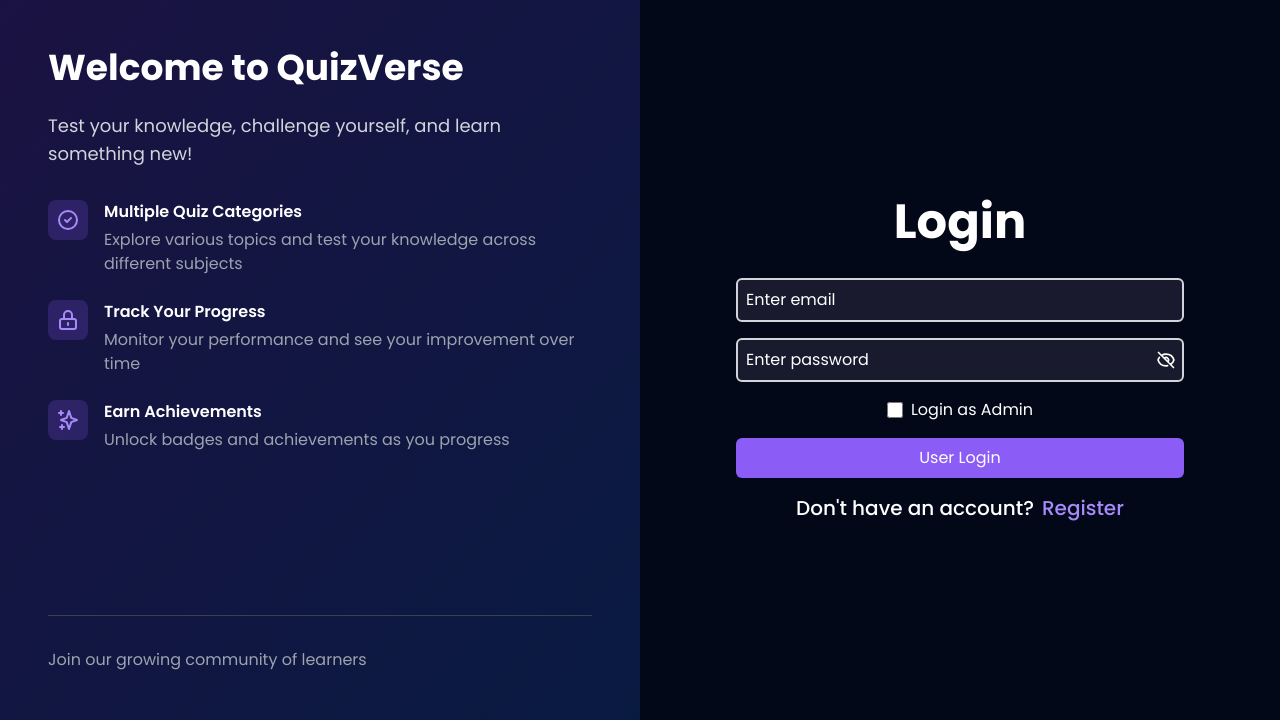
Repository: bdhanush-pxl/QuizVerse-InterviewPrep-MERN-stack-
Page: / (app in Quiz/)
An editor plug-in stored every save of this project. The page is shown before and after the next save, followed by the edit.
The browser window is 1280 px wide. The pictures show the whole page.
The project was rebuilt for these pictures with package versions that can differ from the ones it lists, and the page was loaded fresh each time. Also part of the build but not shown: Quiz/vite.config.js, Quiz/src/components/BlurText.jsx, Quiz/src/pages/Register.jsx, Quiz/src/pages/Discussion/Discussion.jsx, Quiz/src/pages/QuizSection.jsx, Quiz/src/pages/AdminDashboard.jsx, Quiz/src/services/quizService.js, Quiz/src/pages/UserProfile.jsx and 12 more.

Above is the page before, as saved 2025-02-19 15:51:36.

### Quiz/index.html
<!doctype html>
<html lang="en">
  <head>
    <meta charset="UTF-8" />
    <link rel="icon" type="image/svg+xml" href="/vite.svg" />
    <meta name="viewport" content="width=device-width, initial-scale=1.0" />
    <link href="https://fonts.googleapis.com/css2?family=Poppins:wght@300;400;500;600;700&display=swap" rel="stylesheet">
    <title>QuizVerse</title>
  </head>
  <body>
    <div id="root"></div>
    <script type="module" src="/src/main.jsx"></script>
  </body>
</html>

### Quiz/src/App.jsx
import { BrowserRouter as Router, Routes, Route } from 'react-router-dom'
import { ToastContainer } from 'react-toastify'
import 'react-toastify/dist/ReactToastify.css'
import Register from './pages/Register'
import Login from './pages/Login'
import QuizSection from './pages/QuizSection'
import AdminDashboard from './pages/AdminDashboard'
import UserProfile from './pages/UserProfile'
import AdminRegister from './pages/AdminRegister'
import QuizResult from './pages/QuizResult'
import DBMSQuiz from './pages/quizzes/DBMSQuiz'
import OSQuiz from './pages/quizzes/OSQuiz'
import FrontendQuiz from './pages/quizzes/FrontendQuiz'
import BackendQuiz from './pages/quizzes/BackendQuiz'
import ReactQuiz from './pages/quizzes/ReactQuiz'
import NextJSQuiz from './pages/quizzes/NextJSQuiz'
import DataAnalyticsQuiz from './pages/quizzes/DataAnalyticsQuiz'
import DataScienceQuiz from './pages/quizzes/DataScienceQuiz'
import SystemDesignQuiz from './pages/quizzes/SystemDesignQuiz'

function App() {
  return (
    <Router>
      <Routes>
        <Route path="/" element={<Login />} />
        <Route path="/register" element={<Register />} />
        <Route path="/login" element={<Login />} />
        <Route path="/quiz" element={<QuizSection />} />
        <Route path="/admin-dashboard" element={<AdminDashboard />} />
        <Route path="/profile" element={<UserProfile />} />
        <Route path="/register-admin" element={<AdminRegister />} />
        <Route path="/quiz-result" element={<QuizResult />} />
        <Route path="/quiz/dbms" element={<DBMSQuiz />} />
        <Route path="/quiz/os" element={<OSQuiz />} />
        <Route path="/quiz/frontend" element={<FrontendQuiz />} />
        <Route path="/quiz/backend" element={<BackendQuiz />} />
        <Route path="/quiz/react" element={<ReactQuiz />} />
        <Route path="/quiz/nextjs" element={<NextJSQuiz />} />
        <Route path="/quiz/data-analytics" element={<DataAnalyticsQuiz />} />
        <Route path="/quiz/data-science" element={<DataScienceQuiz />} />
        <Route path="/quiz/system-design" element={<SystemDesignQuiz />} />
      </Routes>
      <ToastContainer />
    </Router>
  )
}

export default App

### Quiz/src/index.css
@import url('https://fonts.googleapis.com/css2?family=Poppins:wght@300;400;500;600;700&display=swap');

@tailwind base;
@tailwind components;
@tailwind utilities;


:root {
  font-family: 'Poppins', sans-serif;
  background-color: #080810;
}

/* Custom Scrollbar */
::-webkit-scrollbar {
  width: 8px;
  height: 8px;
}

::-webkit-scrollbar-track {
  background: #1a1a2e;
}

::-webkit-scrollbar-thumb {
  background: #7c3aed;
  border-radius: 4px;
}

::-webkit-scrollbar-thumb:hover {
  background: #6d28d9;
}

/* Animations */
@keyframes fadeIn {
  from {
    opacity: 0;
    transform: translateY(10px);
  }
  to {
    opacity: 1;
    transform: translateY(0);
  }
}

@keyframes slideIn {
  from {
    transform: translateX(-100%);
  }
  to {
    transform: translateX(0);
  }
}

@keyframes pulse {
  0%, 100% {
    opacity: 1;
  }
  50% {
    opacity: 0.5;
  }
}

/* Animation Classes */
.animate-fade-in {
  animation: fadeIn 0.5s ease-out;
}

.animate-slide-in {
  animation: slideIn 0.3s ease-out;
}

.animate-pulse-slow {
  animation: pulse 2s cubic-bezier(0.4, 0, 0.6, 1) infinite;
}

/* Quiz Component Styles */
.quiz-option {
  @apply transition-all duration-200 hover:shadow-lg;
}

.quiz-option.selected {
  @apply ring-2 ring-violet-500;
}

.quiz-option.correct {
  @apply bg-green-500/20 border-green-500;
}

.quiz-option.incorrect {
  @apply bg-red-500/20 border-red-500;
}

/* Progress Bar Animation */
@keyframes progress {
  from {
    width: 0;
  }
}

.progress-bar {
  animation: progress 0.6s ease-in-out;
}

/* Loading Spinner */
.loading-spinner {
  @apply w-8 h-8 border-4 border-violet-500 border-t-transparent rounded-full;
  animation: spin 1s linear infinite;
}

@keyframes spin {
  from {
    transform: rotate(0deg);
  }
  to {
    transform: rotate(360deg);
  }
}

### Quiz/src/pages/Login.jsx
import { useState } from 'react'
import { useNavigate } from 'react-router-dom'

const isValidEmail = (email) => {
  const emailRegex = /^[a-zA-Z0-9._-]+@[a-zA-Z0-9.-]+\.[a-zA-Z]{2,6}$/;
  return emailRegex.test(email);
};

function Login() {
    const navigate = useNavigate();
    const [email, setEmail] = useState('');
    const [password, setPassword] = useState('');
    const [error, setError] = useState('');
    const [isError, setIsError] = useState(false);
    const [isAdmin, setIsAdmin] = useState(false);
    const [showPassword, setShowPassword] = useState(false);

    const handleSubmit = async (e) => {
        e.preventDefault();

        // Email validation check
        if (!isValidEmail(email)) {
            setIsError(true);
            setError('Please enter a valid email address');
            return;
        }

        try {
            const response = await fetch('http://localhost:3000/api/login', {
                method: 'POST',
                headers: {
                    'Content-Type': 'application/json',
                },
                body: JSON.stringify({
                    email,
                    password,
                    isAdmin,
                }),
            });

            const data = await response.json();

            if (data.status === 'ok') {
                // Store all user data in localStorage
                localStorage.setItem('token', data.token);
                localStorage.setItem('userName', data.user.name);
                localStorage.setItem('userEmail', data.user.email);
                localStorage.setItem('isAdmin', data.user.isAdmin);
                localStorage.setItem('savedQuizzes', JSON.stringify(data.user.savedQuizzes || []));
                localStorage.setItem('quizAttempts', JSON.stringify(data.user.quizAttempts || []));
                localStorage.setItem('profileStats', JSON.stringify(data.user.profileStats || {}));
                localStorage.setItem('achievements', JSON.stringify(data.user.achievements || []));

                // Navigate based on user role
                if (data.user.isAdmin) {
                    navigate('/admin-dashboard');
                } else {
                    navigate('/quiz');
                }
            } else {
                setIsError(true);
                setError(data.message || 'Login failed');
            }
        } catch (error) {
            setIsError(true);
            setError('An error occurred during login');
        }
    }

    return (
        <div className='min-h-screen bg-[#020817] flex'>
            {/* Left Section - Features */}
            <div className='hidden lg:flex lg:w-1/2 bg-gradient-to-br from-violet-600/20 to-blue-600/20 p-12 flex-col justify-between'>
                <div>
                    <h1 className='text-4xl font-bold text-white mb-6'>Welcome to QuizVerse</h1>
                    <p className='text-gray-300 text-lg mb-8'>Test your knowledge, challenge yourself, and learn something new!</p>

                    <div className='space-y-6'>
                        <div className='flex items-start space-x-4'>
                            <div className='bg-violet-500/20 p-2 rounded-lg'>
                                <svg className="w-6 h-6 text-violet-400" fill="none" stroke="currentColor" viewBox="0 0 24 24">
                                    <path strokeLinecap="round" strokeLinejoin="round" strokeWidth="2" d="M9 12l2 2 4-4m6 2a9 9 0 11-18 0 9 9 0 0118 0z" />
                                </svg>
                            </div>
                            <div>
                                <h3 className='text-white font-semibold mb-1'>Multiple Quiz Categories</h3>
                                <p className='text-gray-400'>Explore various topics and test your knowledge across different subjects</p>
                            </div>
                        </div>

                        <div className='flex items-start space-x-4'>
                            <div className='bg-violet-500/20 p-2 rounded-lg'>
                                <svg className="w-6 h-6 text-violet-400" fill="none" stroke="currentColor" viewBox="0 0 24 24">
                                    <path strokeLinecap="round" strokeLinejoin="round" strokeWidth="2" d="M12 15v2m-6 4h12a2 2 0 002-2v-6a2 2 0 00-2-2H6a2 2 0 00-2 2v6a2 2 0 002 2zm10-10V7a4 4 0 00-8 0v4h8z" />
                                </svg>
                            </div>
                            <div>
                                <h3 className='text-white font-semibold mb-1'>Track Your Progress</h3>
                                <p className='text-gray-400'>Monitor your performance and see your improvement over time</p>
                            </div>
                        </div>

                        <div className='flex items-start space-x-4'>
                            <div className='bg-violet-500/20 p-2 rounded-lg'>
                                <svg className="w-6 h-6 text-violet-400" fill="none" stroke="currentColor" viewBox="0 0 24 24">
                                    <path strokeLinecap="round" strokeLinejoin="round" strokeWidth="2" d="M5 3v4M3 5h4M6 17v4m-2-2h4m5-16l2.286 6.857L21 12l-5.714 2.143L13 21l-2.286-6.857L5 12l5.714-2.143L13 3z" />
                                </svg>
                            </div>
                            <div>
                                <h3 className='text-white font-semibold mb-1'>Earn Achievements</h3>
                                <p className='text-gray-400'>Unlock badges and achievements as you progress</p>
                            </div>
                        </div>
                    </div>
                </div>

                <div className='border-t border-gray-700 pt-8'>
                    <div className='flex items-center space-x-4'>
                        <span className='text-gray-400'>Join our growing community of learners</span>
                    </div>
                </div>
            </div>

            {/* Right Section - Login Form */}
            <div className='w-full lg:w-1/2 flex flex-col items-center justify-center p-8'>
                <div className='w-full max-w-md'>
                    <h1 className='text-center text-5xl font-bold text-white mb-8'>Login</h1>
                    <form className='flex flex-col items-center justify-center gap-4' onSubmit={handleSubmit}>
                        <input
                            type="email"
                            placeholder="Enter email"
                            value={email}
                            onChange={(e) => setEmail(e.target.value)}
                            className={`border-2 ${isError ? 'border-red-500' : 'border-gray-300'} rounded-md p-2 block placeholder-white text-white w-full bg-[#1a1a2e]`}
                        />
                        <div className="relative w-full">
                            <input
                                type={showPassword ? "text" : "password"}
                                placeholder="Enter password"
                                value={password}
                                onChange={(e) => setPassword(e.target.value)}
                                className={`border-2 ${isError ? 'border-red-500' : 'border-gray-300'} rounded-md p-2 block placeholder-white text-white w-full pr-10 bg-[#1a1a2e]`}
                            />
                            <button
                                type="button"
                                onClick={() => setShowPassword(!showPassword)}
                                className="absolute right-2 top-1/2 transform -translate-y-1/2 text-white hover:text-gray-300 transition-colors duration-200"
                            >
                                {showPassword ? (
                                    <svg className="w-5 h-5" fill="none" stroke="currentColor" viewBox="0 0 24 24">
                                        <path strokeLinecap="round" strokeLinejoin="round" strokeWidth="2" d="M15 12a3 3 0 11-6 0 3 3 0 016 0z" />
                                        <path strokeLinecap="round" strokeLinejoin="round" strokeWidth="2" d="M2.458 12C3.732 7.943 7.523 5 12 5c4.478 0 8.268 2.943 9.542 7-1.274 4.057-5.064 7-9.542 7-4.477 0-8.268-2.943-9.542-7z" />
                                    </svg>
                                ) : (
                                    <svg className="w-5 h-5" fill="none" stroke="currentColor" viewBox="0 0 24 24">
                                        <path strokeLinecap="round" strokeLinejoin="round" strokeWidth="2" d="M13.875 18.825A10.05 10.05 0 0112 19c-4.478 0-8.268-2.943-9.543-7a9.97 9.97 0 011.563-3.029m5.858.908a3 3 0 114.243 4.243M9.878 9.878l4.242 4.242M9.88 9.88l-3.29-3.29m7.532 7.532l3.29 3.29M3 3l3.59 3.59m0 0A9.953 9.953 0 0112 5c4.478 0 8.268 2.943 9.543 7a10.025 10.025 0 01-4.132 5.411m0 0L21 21" />
                                    </svg>
                                )}
                            </button>
                        </div>
                        <div className="flex items-center gap-2">
                            <input
                                type="checkbox"
                                id="adminCheck"
                                checked={isAdmin}
                                onChange={(e) => setIsAdmin(e.target.checked)}
                                className="w-4 h-4"
                            />
                            <label htmlFor="adminCheck" className="text-white">Login as Admin</label>
                        </div>
                        {isError && <p className="text-red-500 text-sm">{error}</p>}
                        <input
                            type='submit'
                            value={isAdmin ? 'Admin Login' : 'User Login'}
                            className='bg-violet-500 text-white p-2 rounded-md block w-full cursor-pointer hover:bg-violet-600 transition-colors duration-200'
                        />
                        <p className='text-white text-xl font-medium inline-block'>
                            Don't have an account?
                            <span onClick={() => navigate('/register')} className='text-violet-400 cursor-pointer hover:text-violet-300 ml-2'>
                                Register
                            </span>
                        </p>
                    </form>
                </div>
            </div>
        </div>
    )
}

export default Login

### Quiz/tailwind.config.js
/** @type {import('tailwindcss').Config} */
export default {
    content: [
      "./index.html",
      "./src/**/*.{js,jsx,ts,tsx}",
    ],
    theme: {
      extend: {
        fontFamily: {
        'poppins': ['Poppins', 'sans-serif'],
      },
      },
    },
    plugins: [],
  }

Loaded but not shown: Quiz/src/main.jsx (common file)

After the next save:
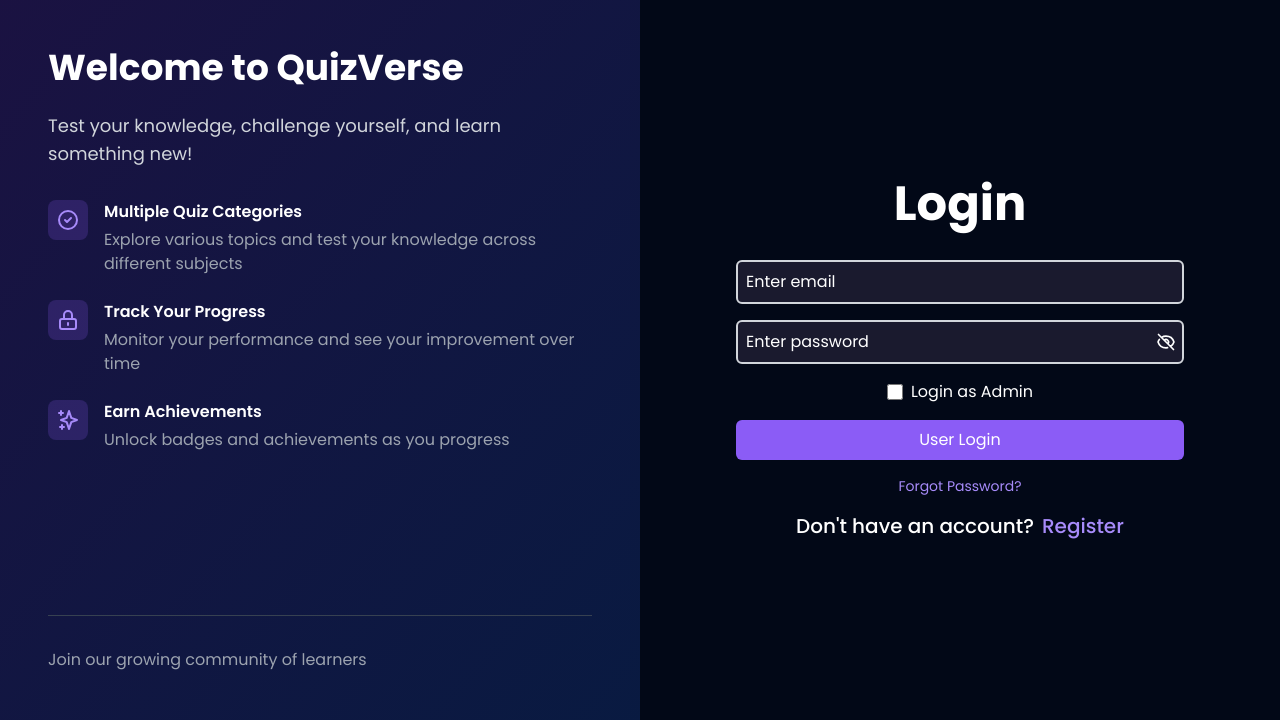
Saved 8 min 22 s later.
--- a/Quiz/src/pages/Login.jsx
+++ b/Quiz/src/pages/Login.jsx
@@ -1,11 +1,122 @@
-import { useState } from 'react'
-import { useNavigate } from 'react-router-dom'
+import { useState } from 'react';
+import { useNavigate } from 'react-router-dom';
+import { motion, AnimatePresence } from 'framer-motion'; // Add this import
 
 const isValidEmail = (email) => {
   const emailRegex = /^[a-zA-Z0-9._-]+@[a-zA-Z0-9.-]+\.[a-zA-Z]{2,6}$/;
   return emailRegex.test(email);
 };
 
+// Add this after your existing isValidEmail function
+const ResetPasswordModal = ({ isOpen, onClose, onSubmit }) => {
+  const [email, setEmail] = useState('');
+  const [message, setMessage] = useState('');
+  const [isLoading, setIsLoading] = useState(false);
+
+  const handleSubmit = async (e) => {
+    e.preventDefault();
+    setIsLoading(true);
+    setMessage('');
+
+    if (!isValidEmail(email)) {
+      setMessage('Please enter a valid email address');
+      setIsLoading(false);
+      return;
+    }
+
+    try {
+      const response = await fetch('http://localhost:3000/api/reset-password', {
+        method: 'POST',
+        headers: {
+          'Content-Type': 'application/json',
+        },
+        body: JSON.stringify({ email }),
+      });
+
+      const data = await response.json();
+
+      if (data.status === 'ok') {
+        setMessage('Password reset link sent to your email!');
+        setTimeout(() => onClose(), 3000);
+      } else {
+        setMessage(data.message || 'Failed to send reset link');
+      }
+    } catch (error) {
+      setMessage('An error occurred. Please try again.');
+    } finally {
+      setIsLoading(false);
+    }
+  };
+
+  return (
+    <AnimatePresence>
+      {isOpen && (
+        <motion.div
+          initial={{ opacity: 0 }}
+          animate={{ opacity: 1 }}
+          exit={{ opacity: 0 }}
+          className="fixed inset-0 bg-black/50 flex items-center justify-center z-50"
+          onClick={onClose}
+        >
+          <motion.div
+            initial={{ scale: 0.95, opacity: 0 }}
+            animate={{ scale: 1, opacity: 1 }}
+            exit={{ scale: 0.95, opacity: 0 }}
+            onClick={e => e.stopPropagation()}
+            className="bg-[#1a1a2e] p-8 rounded-xl shadow-xl max-w-md w-full mx-4 border border-violet-500/20"
+          >
+            <h2 className="text-2xl font-bold text-white mb-6">Reset Password</h2>
+            <form onSubmit={handleSubmit} className="space-y-4">
+              <div>
+                <label className="block text-gray-400 mb-2">Email Address</label>
+                <input
+                  type="email"
+                  value={email}
+                  onChange={(e) => setEmail(e.target.value)}
+                  className="w-full bg-[#2a2a40] border border-violet-500/20 rounded-lg p-3 text-white focus:border-violet-500 transition-colors"
+                  placeholder="Enter your email"
+                  required
+                />
+              </div>
+
+              {message && (
+                <p className={`text-sm ${
+                  message.includes('sent') ? 'text-green-400' : 'text-red-400'
+                }`}>
+                  {message}
+                </p>
+              )}
+
+              <div className="flex gap-4 mt-6">
+                <button
+                  type="button"
+                  onClick={onClose}
+                  className="px-4 py-2 rounded-lg bg-gray-600 text-white hover:bg-gray-700 transition-colors"
+                >
+                  Cancel
+                </button>
+                <button
+                  type="submit"
+                  disabled={isLoading}
+                  className="px-4 py-2 rounded-lg bg-violet-500 text-white hover:bg-violet-600 transition-colors flex items-center justify-center disabled:bg-violet-500/50 disabled:cursor-not-allowed"
+                >
+                  {isLoading ? (
+                    <svg className="animate-spin h-5 w-5" viewBox="0 0 24 24">
+                      <circle className="opacity-25" cx="12" cy="12" r="10" stroke="currentColor" strokeWidth="4" fill="none" />
+                      <path className="opacity-75" fill="currentColor" d="M4 12a8 8 0 018-8V0C5.373 0 0 5.373 0 12h4zm2 5.291A7.962 7.962 0 014 12H0c0 3.042 1.135 5.824 3 7.938l3-2.647z" />
+                    </svg>
+                  ) : 'Send Reset Link'}
+                </button>
+              </div>
+            </form>
+          </motion.div>
+        </motion.div>
+      )}
+    </AnimatePresence>
+  );
+};
+
+// Update your Login component
 function Login() {
     const navigate = useNavigate();
     const [email, setEmail] = useState('');
@@ -14,6 +125,7 @@ function Login() {
     const [isError, setIsError] = useState(false);
     const [isAdmin, setIsAdmin] = useState(false);
     const [showPassword, setShowPassword] = useState(false);
+    const [showResetModal, setShowResetModal] = useState(false);
 
     const handleSubmit = async (e) => {
         e.preventDefault();
@@ -174,6 +286,13 @@ function Login() {
                             value={isAdmin ? 'Admin Login' : 'User Login'}
                             className='bg-violet-500 text-white p-2 rounded-md block w-full cursor-pointer hover:bg-violet-600 transition-colors duration-200'
                         />
+                        <button
+                            type="button"
+                            onClick={() => setShowResetModal(true)}
+                            className="text-violet-400 hover:text-violet-300 transition-colors text-sm"
+                        >
+                            Forgot Password?
+                        </button>
                         <p className='text-white text-xl font-medium inline-block'>
                             Don't have an account?
                             <span onClick={() => navigate('/register')} className='text-violet-400 cursor-pointer hover:text-violet-300 ml-2'>
@@ -183,6 +302,10 @@ function Login() {
                     </form>
                 </div>
             </div>
+            <ResetPasswordModal
+                isOpen={showResetModal}
+                onClose={() => setShowResetModal(false)}
+            />
         </div>
     )
 }
